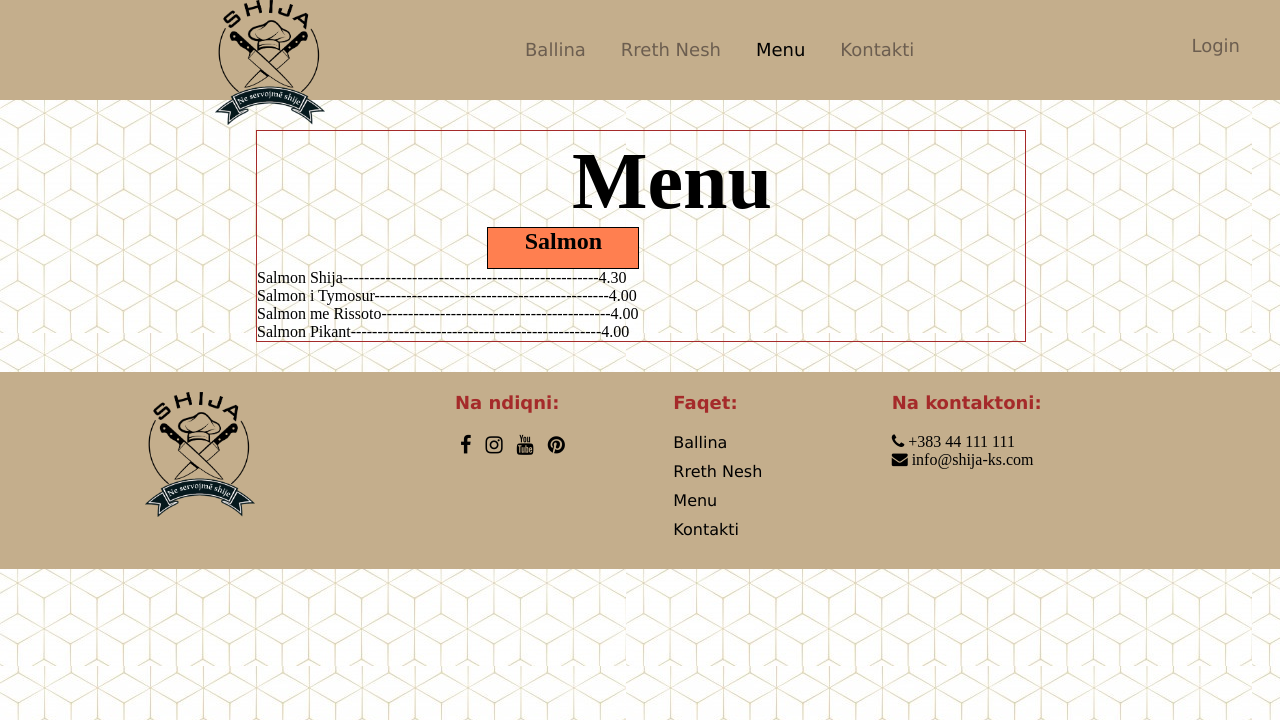
Repository: bs47892/ProjektiWeb-Shija2020
Page: http://localhost/menu.html
An editor plug-in stored every save of this project. The page is shown before and after the next save, followed by the edit.
The browser window is 1280 px wide. The pictures show the whole page.
Some web fonts or font styles are not loaded; a fallback is used. The page is run by PHP 8.4 with error messages shown; the project is at /var/www/html/.

Above is the page before, as saved 2021-02-12 14:16:27.

After the next save:
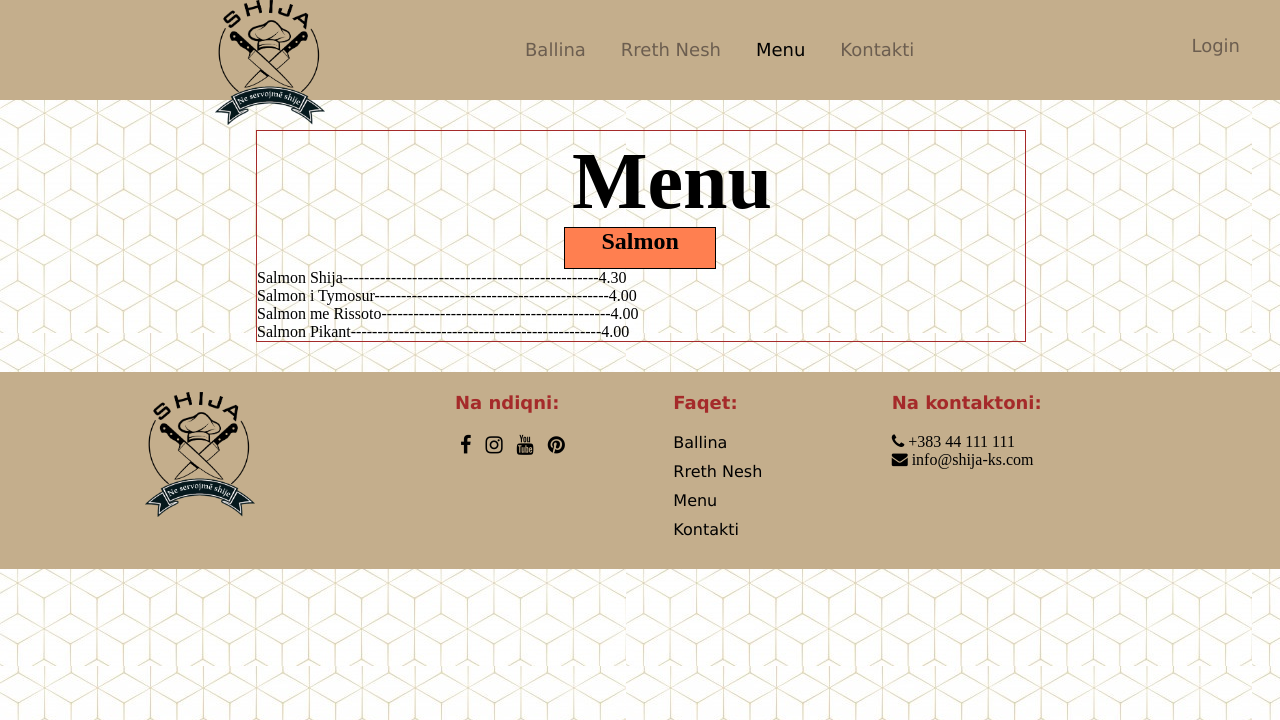
Saved 13 s later.
--- a/style.css
+++ b/style.css
@@ -365,7 +365,7 @@ margin-bottom: 30px;
     width: 150px;
     text-align: center;
     background-color: coral;
-    margin-left: 30%;
+    margin-left: 40%;
 }
 .menuja .titull h2{
 padding:0;
